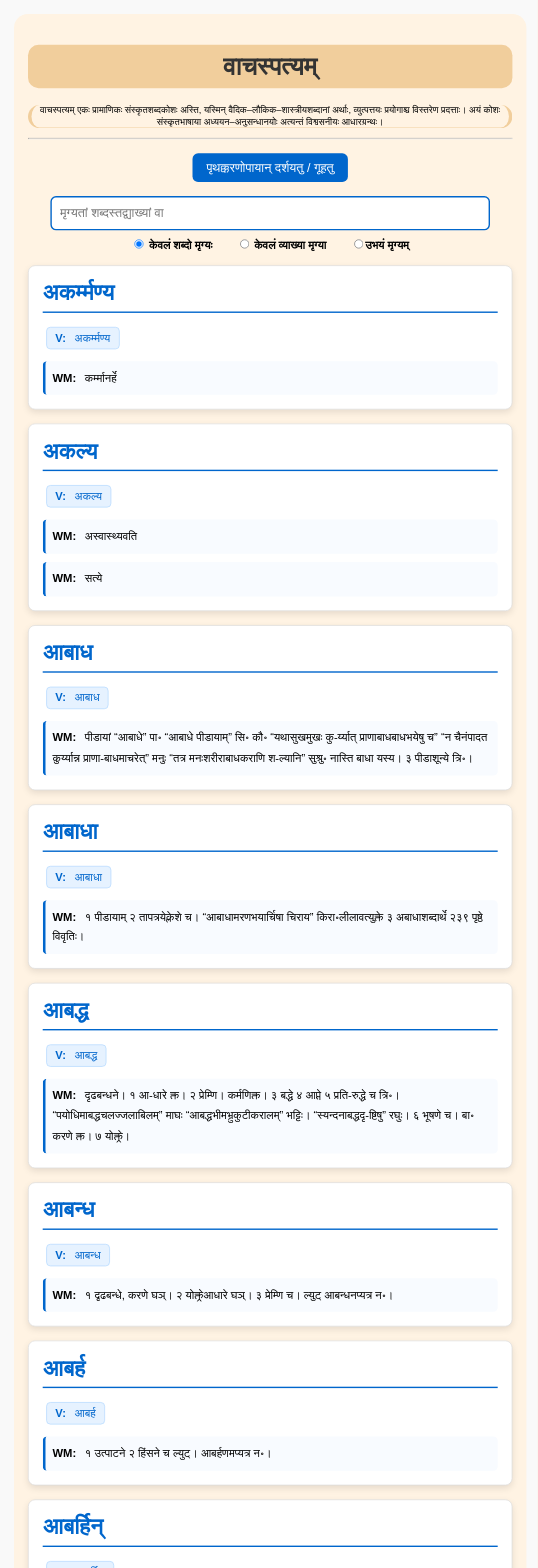
Repository: sanskritsphere/vachaspatyam-demo
Page: index.html
The author's editor kept a copy of each file at every save. The page is drawn from the files as they stood at one save, then again after the next save.
The browser window is 768 px wide. The pictures show the part of the page from y = 0 to 2240 px (the page is 3444 px tall before and 4931 px after), at 70% of full size.

Above is the page before, as saved 2025-12-14 12:56:57.

After the next save:
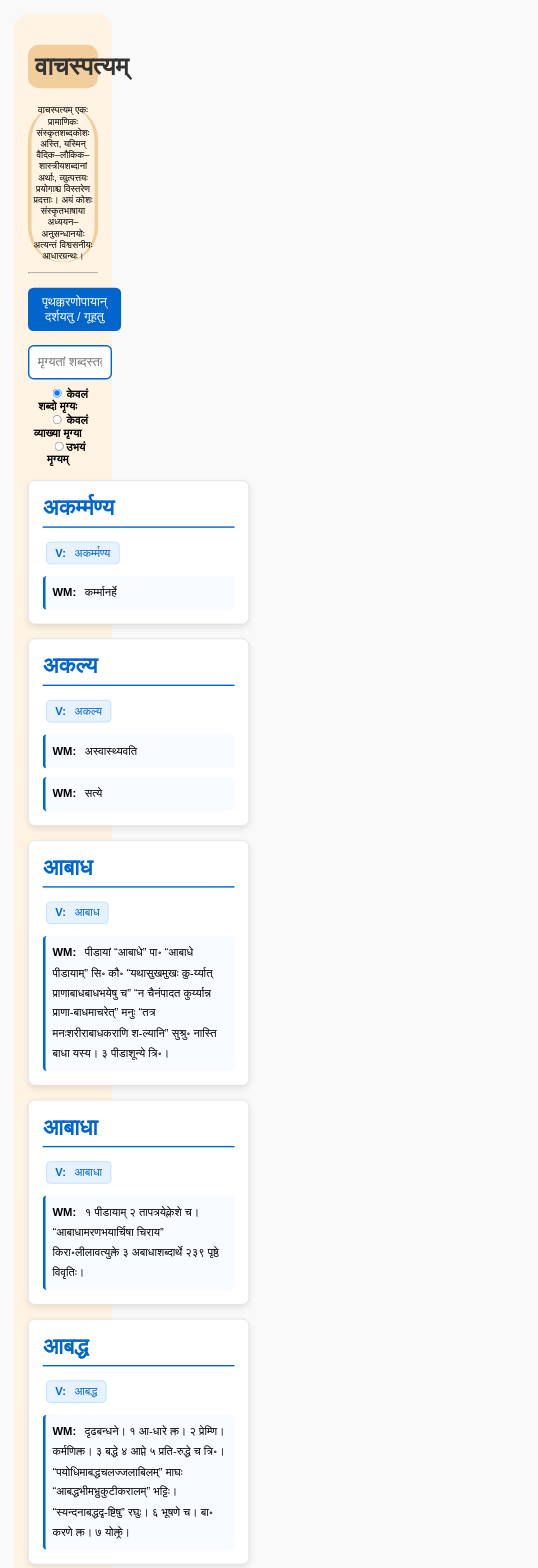
Saved 2 min 29 s later.
--- a/style.css
+++ b/style.css
@@ -180,4 +180,8 @@
             #search {
                 width: 92%;
             }
+            .container{
+                margin: 0%;
+                width: 100px;
+            }
         }
